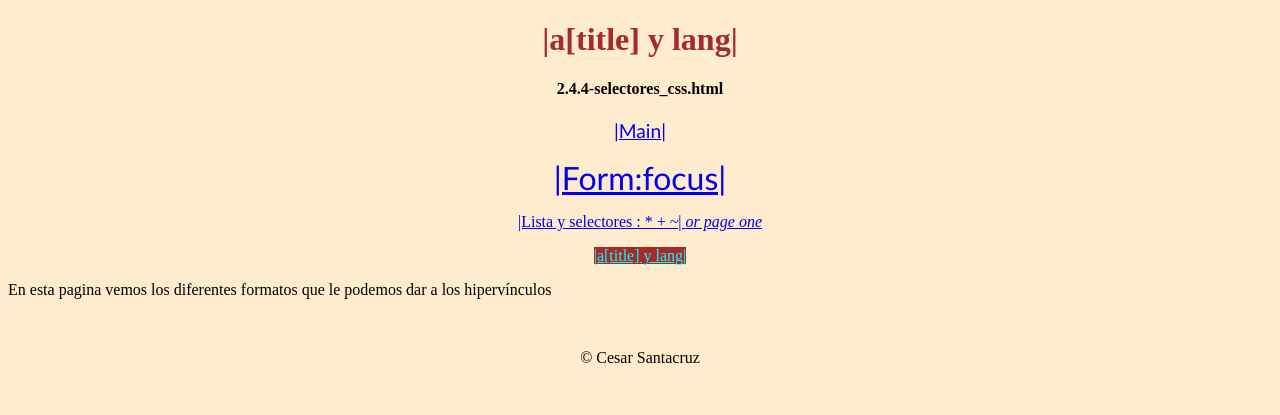
Repository: cesarsant0203/My_Study
Page: Introducción al desarrollo web/2-Css/2.4.4-selectores_css.html
These files come from the project's save history. The page is drawn as it stood at one moment and after a run of saves; the edit follows.
The browser window is 1280 px wide. The pictures show the whole page.

Above is the page before, as saved 2020-04-28 19:56:35.

After the next 2 saves:
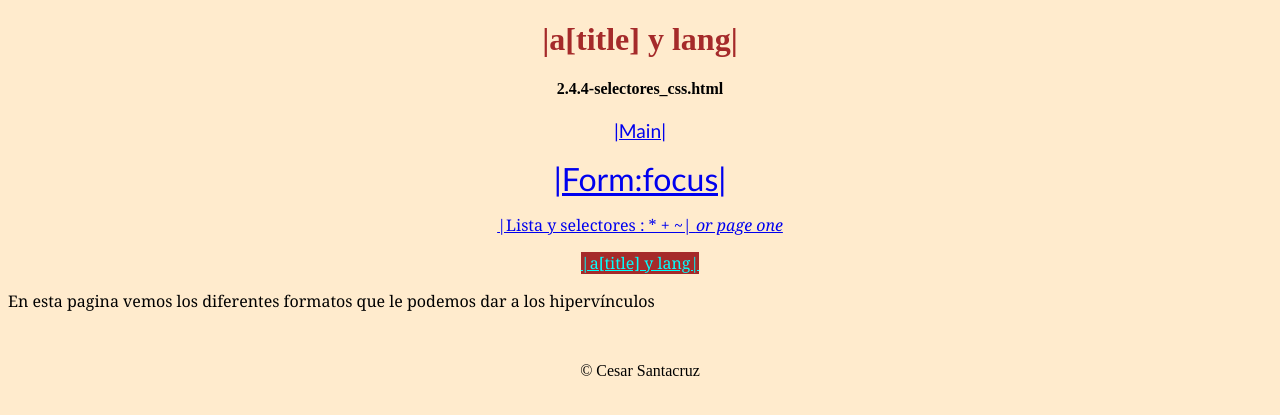
The 2 saves are shown as one change because they came seconds apart.
The last was saved 7 s later.
--- a/Introducción al desarrollo web/2-Css/2.4.4-selectores_css.css
+++ b/Introducción al desarrollo web/2-Css/2.4.4-selectores_css.css
@@ -27,7 +27,7 @@ a[title~=Indice]{
     font-style: italic;
 }
 p {
-    font-
+    font-family: Georgia, 'Times New Roman', Times, serif;
 }
 footer {
     position: relative;
